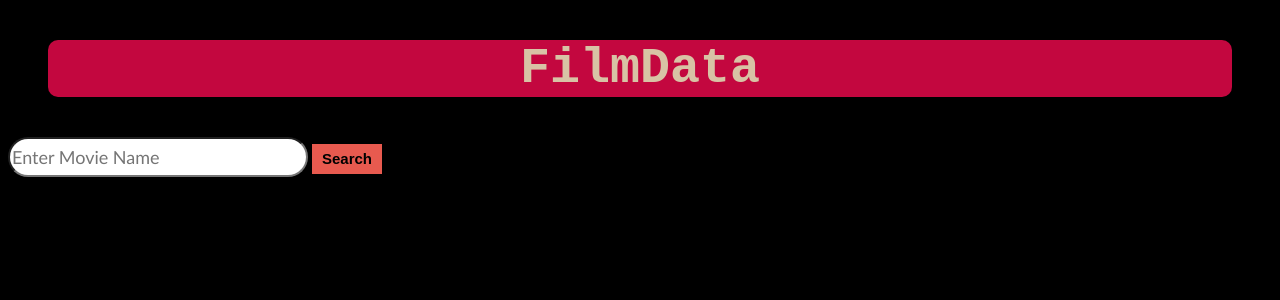
Repository: priyankajainmodi/film_data
Page: index.html
These files come from the project's save history. The page is drawn as it stood at one moment and after the next save; the edit follows.
The browser window is 1280 px wide. The pictures show the whole page.

Above is the page before, as saved 2021-11-25 23:00:03.

After the next save:
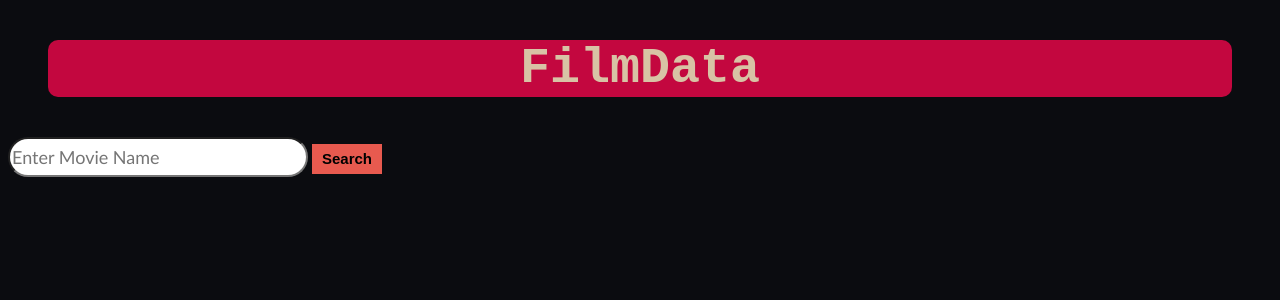
Saved 11 min 20 s later.
--- a/index.html
+++ b/index.html
@@ -46,7 +46,7 @@
 
 </head>
 
-<body bgcolor="#000">
+<body bgcolor="#0B0C10">
     <h1 id="heading" style="color:#D8C3A5;margin-bottom:50;border-radius:10px; text-align:center;font-family:monospace;background-color:#C3073F;font-size:50px;margin:40px;">FilmData</h1>
 
     <div id="enter">
